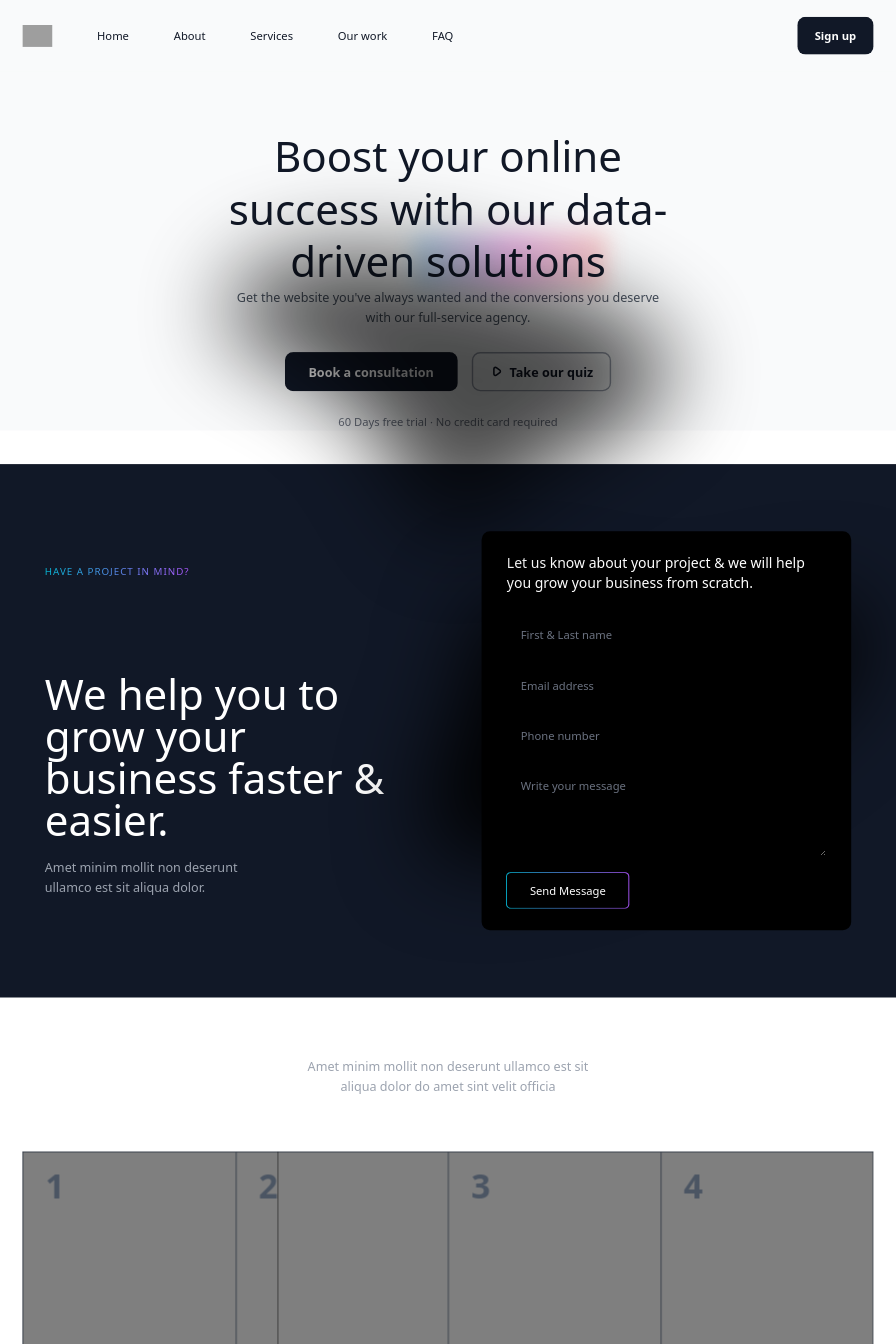
Repository: ornelasedward/mired_website
Page: /
These files come from the project's save history. The page is drawn as it stood at one moment and after the next save; the edit follows.
The browser window is 1280 px wide. The pictures show the part of the page from y = 0 to 1920 px (the page is 5808 px tall), at 70% of full size.
Pictures or frames that could not be fetched are drawn as grey boxes. The project was rebuilt for these pictures with package versions that can differ from the ones it lists, and the page was loaded fresh each time. The framework's server and built-in components were replaced by stand-ins that run in the browser. Also part of the build but not shown: next.config.js.

Above is the page before, as saved 2023-03-28 06:54:57.

After the next save:
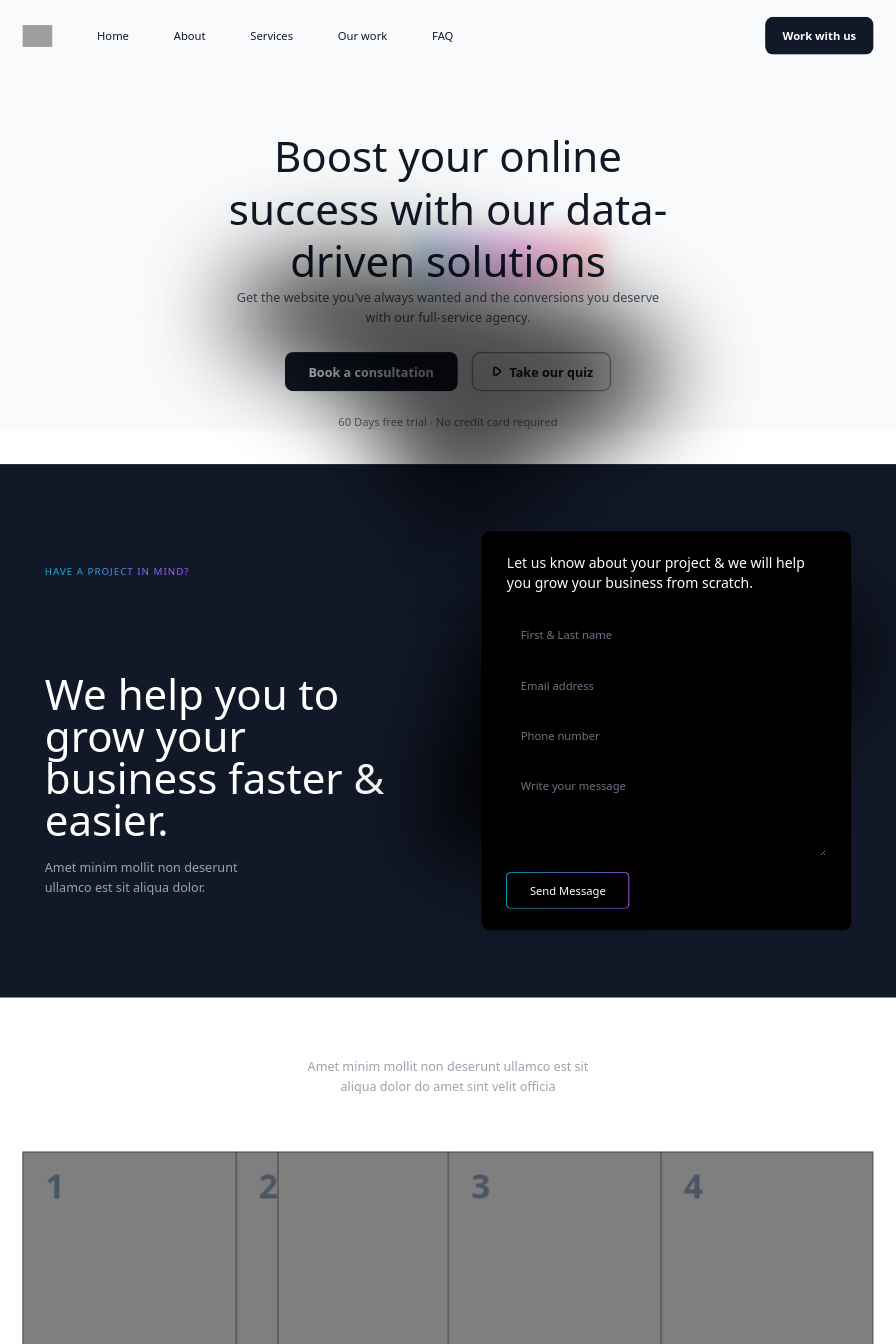
Saved 14 s later.
--- a/components/Hero.tsx
+++ b/components/Hero.tsx
@@ -108,7 +108,7 @@
                 className="inline-flex items-center justify-center px-6 py-3 text-base font-bold leading-7 text-white transition-all duration-200 bg-gray-900 border border-transparent rounded-xl hover:bg-gray-600 font-pj focus:outline-none focus:ring-2 focus:ring-offset-2 focus:ring-gray-900"
                 role="button"
               >
-                Sign up
+                Work with us
               </Link>
             </div>
           </div>
